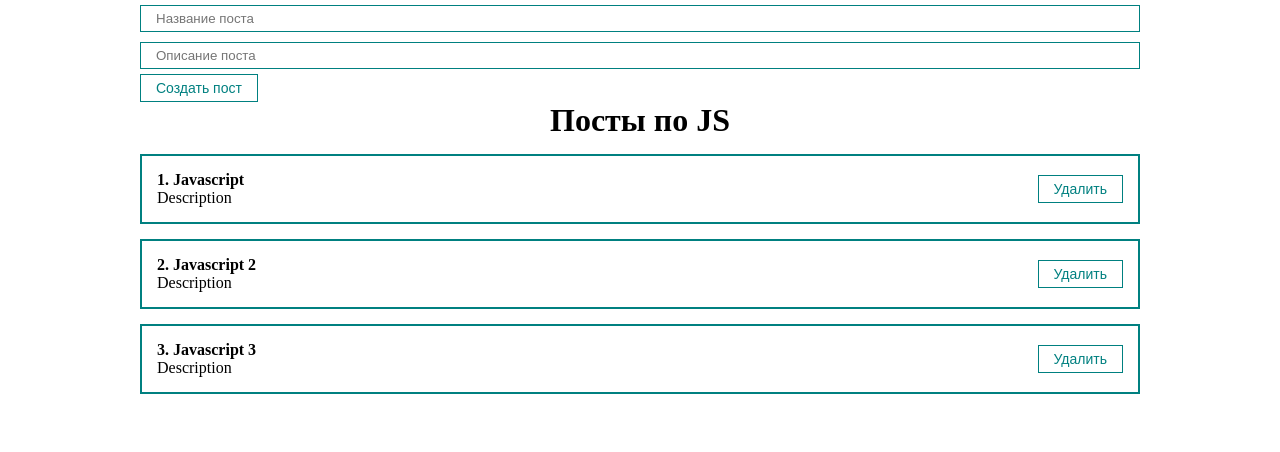
Repository: otvertka/ulb
Page: /
The author's editor kept a copy of each file at every save. The page is drawn from the files as they stood at one save, then again after the next save.
The browser window is 1280 px wide. The pictures show the whole page.
The project was rebuilt for these pictures with package versions that can differ from the ones it lists, and the page was loaded fresh each time. Also part of the build but not shown: src/components/Counter.jsx, src/components/ClassCounter.jsx.

Above is the page before, as saved 2023-06-12 11:15:02.

### public/index.html
<!DOCTYPE html>
<html lang="en">
  <head>
    <meta charset="utf-8" />
    <meta name="viewport" content="width=device-width, initial-scale=1" />

    <title>React App</title>
  </head>
  <body>
    <noscript>You need to enable JavaScript to run this app.</noscript>
    <div id="root">
      <!-- ЗДЕСЬ БУДЕТ НАШЕ JS ПРИЛОЖЕНИЕ -->
    </div>
  </body>
</html>

### src/index.js
import React from "react";
import ReactDOM from "react-dom";
import App from "./App";

// const root = ReactDOM.createRoot(document.getElementById("root"));
// root.render(<App />);
ReactDOM.render(<App />, document.getElementById("root"));

### src/App.js
import React, { useState, useRef } from "react";

import Counter from "./components/Counter";
import ClassCounter from "./components/ClassCounter";
import "./styles/App.css";
import PostItem from "./components/PostItem";
import PostList from "./components/PostList";
import MyButton from "./components/UI/button/MyButton";
import MyInput from "./components/UI/input/MyInput";
import PostForm from "./components/PostForm";

function App() {
  const [posts, setPosts] = useState([
    { id: 1, title: "Javascript", body: "Description" },
    { id: 2, title: "Javascript 2", body: "Description" },
    { id: 3, title: "Javascript 3", body: "Description" },
  ]);

  const createPost = (newPost) => {
    setPosts([...posts, newPost]);
  };

  // Получаем post из дочернего компонента
  const removePost = (post) => {
    setPosts(posts.filter((p) => p.id !== post.id));
  };
  // импортируем компонент
  return (
    <div className="App">
      {/* передаём в компонент функцию обратного вызова, чтобы добавить в родительский массив дочерний новый элемент */}
      <PostForm create={createPost} />
      {posts.length !== 0 ? (
        <PostList remove={removePost} posts={posts} title="Посты по JS" />
      ) : (
        <h2 style={{ textAlign: "center" }}>Посты не найдены !</h2>
      )}
    </div>
  );
}

export default App;

### src/styles/App.css
* {
  margin: 0;
  padding: 0;
  box-sizing: border-box;
}

/* Рут- блок из index.html */
#root {
  display: flex;
  justify-content: center;
}

.App {
  width: 1000px;
}

.post {
  display: flex;
  padding: 15px;
  border: 2px solid teal;
  margin-top: 15px;
  justify-content: space-between;
  align-items: center;
}

### src/components/PostItem.jsx
import React from "react";
import MyButton from "./UI/button/MyButton";

// Props - входные данные в контексте Реакта. Можно представлять, что это аргумент функции, в кот. мы можем что-то передавать снаружи
const PostItem = (props) => {
  // console.log(props);
  return (
    <div className="post">
      <div className="post__content">
        <strong>
          {props.number}. {props.post.title}
        </strong>
        <div>{props.post.body}</div>
      </div>
      <div className="post__btns">
        <MyButton onClick={() => props.remove(props.post)}>Удалить</MyButton>
      </div>
    </div>
  );
};

export default PostItem;

### src/components/PostList.jsx
import React from "react";
import PostItem from "./PostItem";

const PostList = ({ posts, title, remove }) => {
  return (
    <div>
      <h1 style={{ textAlign: "center" }}>{title}</h1>
      {posts.map((post, index) => (
        <PostItem
          remove={remove}
          number={index + 1}
          post={post}
          key={post.id}
        />
      ))}
    </div>
  );
};

export default PostList;

### src/components/UI/button/MyButton.jsx
import React from "react";
import classes from "./MyButton.module.css";

const MyButton = ({ children, ...props }) => {
  return (
    //
    <button {...props} className={classes.myBtn}>
      {children}
    </button>
  );
};

export default MyButton;

### src/components/UI/input/MyInput.jsx
import React from "react";
import classes from "./MyInput.module.css";

const MyInput = React.forwardRef((props, ref) => {
  return (
    //
    <input ref={ref} className={classes.myInput} {...props} />
  );
});

export default MyInput;

### src/components/PostForm.jsx
import React, { useState } from "react";
import MyInput from "./UI/input/MyInput";
import MyButton from "./UI/button/MyButton";

const PostForm = ({ create }) => {
  const [post, setPost] = useState({ title: "", body: "" });

  const addNewPost = (e) => {
    e.preventDefault();

    const newPost = { ...post, id: Date.now() };
    create(newPost);
    setPost({ title: "", body: "" });
  };
  return (
    <form>
      {/* Управляемый компонент */}
      <MyInput
        value={post.title}
        onChange={(e) => setPost({ ...post, title: e.target.value })}
        type="text"
        placeholder="Название поста"
      ></MyInput>
      {/* Неуправляемый\ Неконтролируемый компонент */}
      <MyInput
        value={post.body}
        onChange={(e) => setPost({ ...post, body: e.target.value })}
        type="text"
        placeholder="Описание поста"
      ></MyInput>
      <MyButton onClick={addNewPost}>Создать пост</MyButton>
    </form>
  );
};

export default PostForm;

Loaded but not shown: src/components/UI/button/MyButton.module.css (common file); src/components/UI/input/MyInput.module.css (common file)

After the next save:
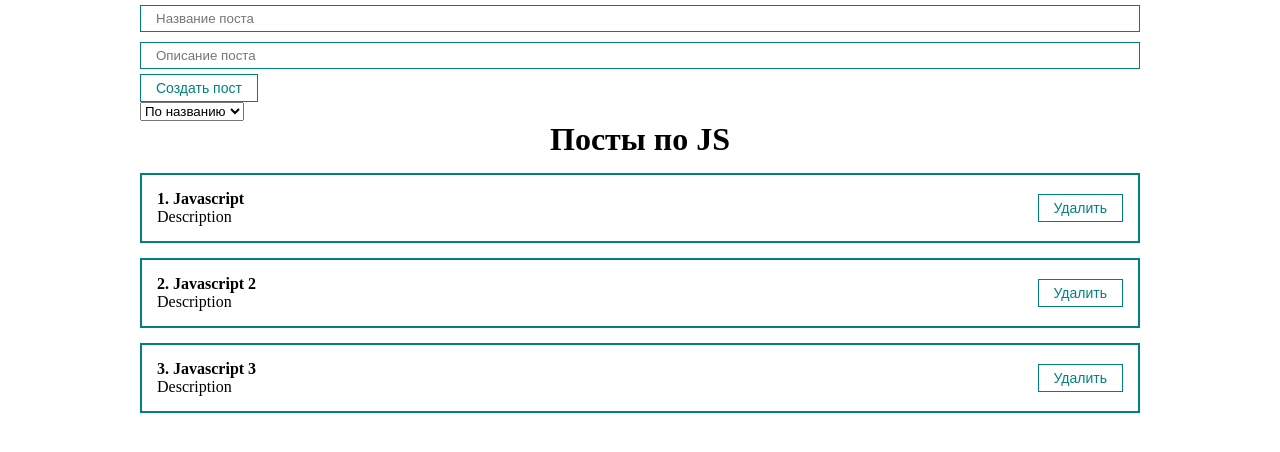
Saved 4 min 51 s later.
--- a/src/App.js
+++ b/src/App.js
@@ -29,6 +29,12 @@ function App() {
     <div className="App">
       {/* передаём в компонент функцию обратного вызова, чтобы добавить в родительский массив дочерний новый элемент */}
       <PostForm create={createPost} />
+      <div>
+        <select>
+          <option value="value1">По названию</option>
+          <option value="value2">По описанию</option>
+        </select>
+      </div>
       {posts.length !== 0 ? (
         <PostList remove={removePost} posts={posts} title="Посты по JS" />
       ) : (
